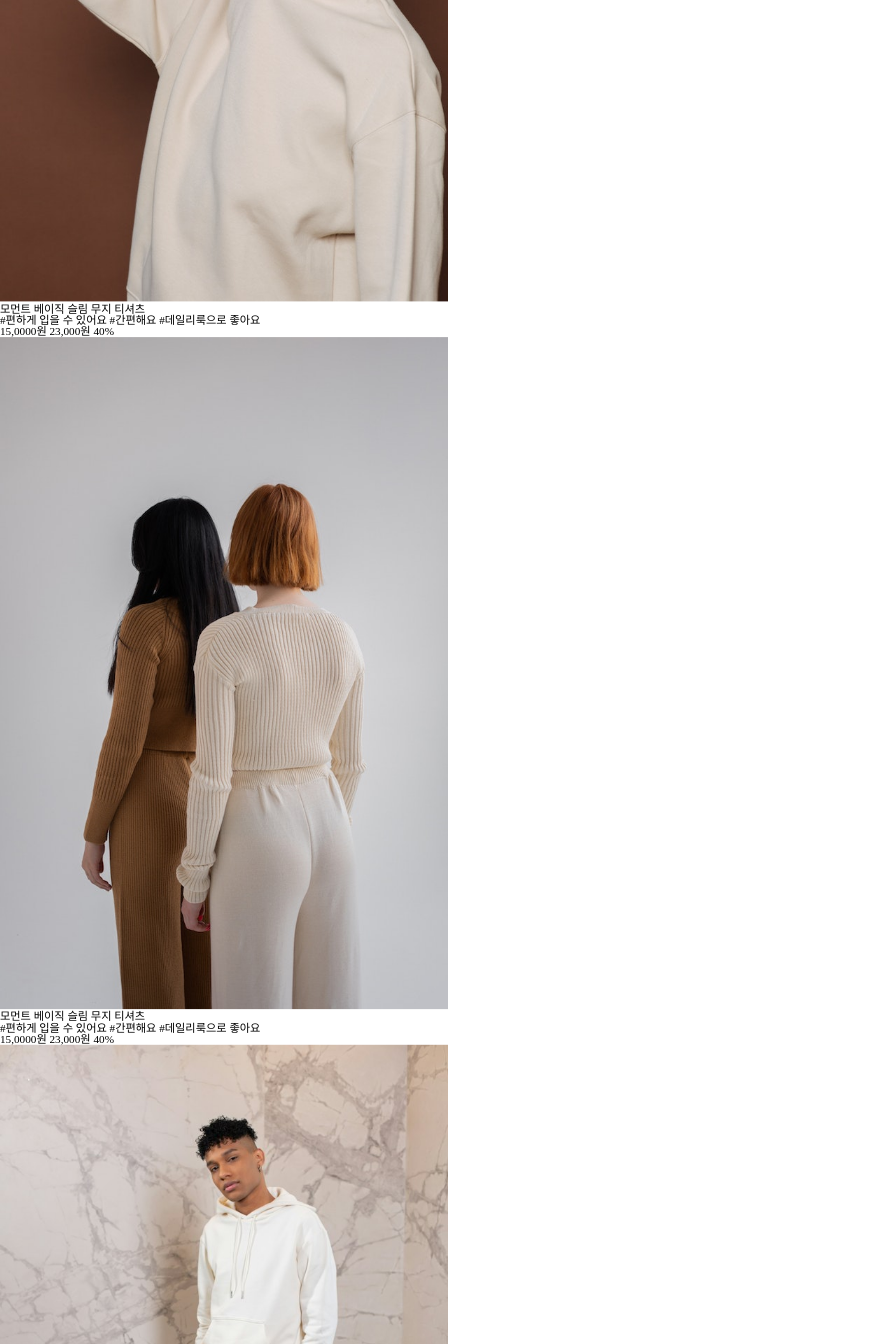
Repository: Iimchaehoon/cafeProject
Page: src/index.html
An editor plug-in stored every save of this project. The page is shown before and after the next save, followed by the edit.
The browser window is 1280 px wide. The pictures show the part of the page from y = 1642 to 3562 px (the page is 5156 px tall), at 70% of full size.
Some web fonts or font styles are not loaded; a fallback is used. Some web libraries are served in a nearby version.

Above is the page before, as saved 2024-07-24 22:01:30.

### src/index.html
<!DOCTYPE html>
<html lang="en">
  <head>
    <meta charset="UTF-8" />
    <meta name="viewport" content="width=device-width, initial-scale=1.0" />
    <link rel="shortcut icon" href="/assets/cafefav.png" type="image/x-icon" />

    <link rel="stylesheet" href="/src/css/pages/main.css" />
    <title>cafe24_clone</title>
    <script
      src="https://kit.fontawesome.com/1e606f2a97.js"
      crossorigin="anonymous"
    ></script>
  </head>
  <body>
    <!--header-->
    <header class="header">
      <div class="header__top">
        <nav class="header__nav-box">
          <ul class="header__list-box">
            <li class="header__content">BRAND</li>
            <li class="header__content">EVENT</li>
            <li class="header__content">LOOKBOOK</li>
            <li class="header__content">COMMUNITY</li>
          </ul>
        </nav>
        <h1 class="header__title">HOON'S SHOP</h1>
        <ul class="header__menu">
          <li class="header__content">
            <i class="fa-solid fa-magnifying-glass fa-lg"></i>
          </li>
          <li class="header__content header__content--badge-price">
            <div class="header__price-badge"><span>+2,000P</span></div>
            <i class="fa-regular fa-user fa-lg"></i>
          </li>
          <li class="header__content header__content--badge-box">
            <div class="header__cart-badge"><span>2</span></div>
            <i class="fa-solid fa-cart-shopping fa-lg"></i>
          </li>
          <li class="header__content">
            <i class="fa-solid fa-bars fa-lg"></i>
          </li>
        </ul>
      </div>

      <div class="header__bottom">
        <ul class="header__category">
          <li class="header__content">BEST</li>
          <li class="header__content">NEW5%</li>
          <li class="header__content">1+1</li>
          <li class="header__content">OUTER</li>
          <li class="header__content">TOP</li>
          <li class="header__content">SHIRTS</li>
          <li class="header__content">DRESS</li>
          <li class="header__content">PANTS</li>
          <li class="header__content">ACC</li>
        </ul>
      </div>
    </header>
    <!-- main  -->
    <main class="main">
      <section class="main__slider">
        <h2 class="main__slider-title">MAN'S CLOTHES</h2>
        <span class="main__slider-btn"
          ><i class="fa-solid fa-chevron-left fa-xl"></i
        ></span>

        <div class="main__slider-container">
          <span class="main__slider-text">STYLE IN EVERY DAY</span>
          <div class="main__slider-image-container">
            <img
              class="main__slider-image"
              src="/assets/main-slider.jpg"
              alt="main-slider_img"
            />
          </div>
          <span class="main__slider-text">FOR SPRING SET-UP</span>
        </div>

        <span class="main__slider-btn"
          ><i class="fa-solid fa-chevron-right fa-xl"></i
        ></span>
        <div class="main__progress-bar">
          <div
            class="main__progress-bar-item main__progress-bar-item--visible"
          ></div>
          <div
            class="main__progress-bar-item main__progress-bar-item--invisible"
          ></div>
          <div
            class="main__progress-bar-item main__progress-bar-item--invisible"
          ></div>
        </div>
      </section>
    </main>
    <!-- section -->
    <section class="main__introduction">
      <div class="main__intro-container-img">
        <img class="main__intro-image" src="/assets/intro-01.jpg" alt="" />
        <div class="main__intro-text-container">
          <h2 class="main__intro-title">OPEN EVENT</h2>
          <span class="main__intro-description">여름옷 30% 할인이벤트</span>
        </div>
      </div>
      <div class="main__intro-container">
        <h2 class="main__intro-title main__intro-title-black">HOON'S SHOP</h2>
        <span class="main__intro-description main__intro-description-black"
          >남자들을 위한 최상의 브랜드샵</span
        >
      </div>
      <div class="main__intro-container-img">
        <img class="main__intro-image" src="/assets/intro-02.jpg" alt="" />

        <div class="main__intro-text-container">
          <h2 class="main__intro-title">가게 위치</h2>
          <span class="main__intro-description"
            >서울시 강서구 양천로 1000길 XX로</span
          >
        </div>
      </div>
      <div class="main__intro-container-img">
        <img class="main__intro-image" src="/assets/intro-03.jpg" alt="" />

        <div class="main__intro-text-container">
          <h2 class="main__intro-title">해시태그</h2>
          <span class="main__intro-description"
            >#남성쇼핑몰 #여름옷 #패션룩</span
          >
        </div>
      </div>
    </section>
    <!-- section2 -->
    <section class="main__month-best">
      <h3 class="main__best-title">Best of the month</h3>
      <span class="main__best-sub-title">이달의 베스트 상품이에요</span>
      <div class="main__best-sub-container">
        <article class="main__best-article">
          <div class="main__article-img-container">
            <img class="main__article-img" src="/assets/best-01.jpg" />
          </div>
          <div class="main__article-container">
            <div
              class="main__article-color-item main__article-color-item--01"
            ></div>
            <div
              class="main__article-color-item main__article-color-item--02"
            ></div>
            <div
              class="main__article-color-item main__article-color-item--03"
            ></div>
            <div
              class="main__article-color-item main__article-color-item--04"
            ></div>
            <div
              class="main__article-color-item main__article-color-item--05"
            ></div>
          </div>
          <div class="main__article-container">
            <h4 class="main__article-product-name">
              모먼트 베이직 슬림 무지 티셔츠
            </h4>
          </div>
          <div class="main__article-container">
            <span class="main__article-product-description">
              #편하게 입을 수 있어요 #간편해요 #데일리룩으로 좋아요
            </span>
          </div>
          <div class="main__article-container">
            <span class="main__article-total-price">15,0000원</span>
            <small class="main__article-previous-price">23,000원</small>
            <span class="main__article-discount-rate">40%</span>
          </div>
        </article>
        <article class="main__best-article">
          <div class="main__article-img-container">
            <img class="main__article-img" src="/assets/best-02.jpg" />
          </div>
          <div class="main__article-container">
            <div
              class="main__article-color-item main__article-color-item--01"
            ></div>
            <div
              class="main__article-color-item main__article-color-item--02"
            ></div>
            <div
              class="main__article-color-item main__article-color-item--03"
            ></div>
            <div
              class="main__article-color-item main__article-color-item--04"
            ></div>
            <div
              class="main__article-color-item main__article-color-item--05"
            ></div>
          </div>
          <div class="main__article-container">
            <h4 class="main__article-product-name">
              모먼트 베이직 슬림 무지 티셔츠
            </h4>
          </div>
          <div class="main__article-container">
            <span class="main__article-product-description">
              #편하게 입을 수 있어요 #간편해요 #데일리룩으로 좋아요
            </span>
          </div>
          <div class="main__article-container">
            <span class="main__article-total-price">15,0000원</span>
            <small class="main__article-previous-price">23,000원</small>
            <span class="main__article-discount-rate">40%</span>
          </div>
        </article>
        <article class="main__best-article">
          <div class="main__article-img-container">
            <img class="main__article-img" src="/assets/best-04.jpg" />
          </div>
          <div class="main__article-container">
            <div
              class="main__article-color-item main__article-color-item--01"
            ></div>
            <div
              class="main__article-color-item main__article-color-item--02"
            ></div>
            <div
              class="main__article-color-item main__article-color-item--03"
            ></div>
            <div
              class="main__article-color-item main__article-color-item--04"
            ></div>
            <div
              class="main__article-color-item main__article-color-item--05"
            ></div>
          </div>
          <div class="main__article-container">
            <h4 class="main__article-product-name">
              모먼트 베이직 슬림 무지 티셔츠
            </h4>
          </div>
          <div class="main__article-container">
            <span class="main__article-product-description">
              #편하게 입을 수 있어요 #간편해요 #데일리룩으로 좋아요
            </span>
          </div>
          <div class="main__article-container">
            <span class="main__article-total-price">15,0000원</span>
            <small class="main__article-previous-price">23,000원</small>
            <span class="main__article-discount-rate">40%</span>
          </div>
        </article>
        <article class="main__best-article">
          <div class="main__article-img-container">
            <img class="main__article-img" src="/assets/best-05.jpg" />
          </div>
          <div class="main__article-container">
            <div
              class="main__article-color-item main__article-color-item--01"
            ></div>
            <div
              class="main__article-color-item main__article-color-item--02"
            ></div>
            <div
              class="main__article-color-item main__article-color-item--03"
            ></div>
            <div
              class="main__article-color-item main__article-color-item--04"
            ></div>
            <div
              class="main__article-color-item main__article-color-item--05"
            ></div>
          </div>
          <div class="main__article-container">
            <h4 class="main__article-product-name">
              모먼트 베이직 슬림 무지 티셔츠
            </h4>
          </div>
          <div class="main__article-container">
            <span class="main__article-product-description">
              #편하게 입을 수 있어요 #간편해요 #데일리룩으로 좋아요
            </span>
          </div>
          <div class="main__article-container">
            <span class="main__article-total-price">15,0000원</span>
            <small class="main__article-previous-price">23,000원</small>
            <span class="main__article-discount-rate">40%</span>
          </div>
        </article>
      </div>
    </section>
  </body>
</html>

### src/css/pages/main.css
@import "../reset.css";
@import "../common.css";
@import "../components/header.css";
@import "../slider.css";
@import "../intro.css";

### src/css/common.css
@import url("https://fonts.googleapis.com/css2?family=Nanum+Gothic&family=Nanum+Myeongjo&display=swap");
body {
  font-family: "Nanum Myeongjo", serif;
  margin: 0;
  padding: 0;
  box-sizing: border-box;
}
ul {
  margin: 0;
}

### src/css/components/header.css
.header {
  height: 20vh;
}
.header__top {
  display: flex;
  justify-content: space-between;
  padding: 20px;
  border-bottom: 1px solid rgba(0, 0, 0, 0.2);
}
.header__nav-box {
  width: 33%;
}
.header__title {
  width: 33%;
  font-size: 35px;
  font-weight: 550;
  text-align: center;
}

.header__list-box {
  display: flex;

  height: 100%;
  align-items: center;
}
.header__menu {
  display: flex;
  align-items: center;
  justify-content: flex-end;

  width: 33%;
}
.header__content {
  margin: 0 20px;
}
/* 아래헤더 */
.header__category {
  display: flex;
  justify-content: center;
  padding: 20px 0;
}
.header__cart-badge {
  background-color: black;
  display: flex;
  justify-content: center;
  align-items: center;
  border-radius: 100%;
  width: 13px;
  height: 13px;
  padding: 2px;
  position: absolute;
  top: -13px;
  right: -13px;
}
.header__content--badge-box {
  position: relative;
}
.header__cart-badge span {
  color: white;
}
.header__content--badge-price {
  position: relative;
}
.header__price-badge {
  background-color: #d5d3cd;
  color: white;
  display: flex;
  justify-content: center;
  align-items: center;
  font-size: 13px;
  border-radius: 5px;
  padding: 2px 4px;
  position: absolute;
  left: 50%;
  transform: translateX(-50%);
  bottom: -20px;
}

### src/css/slider.css
.main__slider {
  display: flex;
  justify-content: space-between;
  align-items: center;
  padding: 30px;
  background-color: #6b6a68;
  position: relative;
  height: 80vh;
  box-sizing: border-box;
}

.main__slider-btn {
  transform: scale(1.5);
  color: white;
}

.main__slider-text {
  color: white;
  font-size: 25px;
  text-shadow: 1px 1px 5px black;
}

.main__slider-container {
  display: flex;
  flex-direction: column;
  align-items: center;
}
.main__slider-image-container {
  width: 300px;
  height: 400px;

  border-top-left-radius: 50%;
  border-top-right-radius: 50%;

  overflow: hidden;
  margin: 15px 0;
}
.main__slider-image {
  width: 100%;
  height: 100%;
  object-fit: cover;
}
.main__slider-title {
  color: white;
  font-weight: 600;
  font-size: 60px;
  text-shadow: 1px 1px 3px black;
  position: absolute;
  top: 50%;
  left: 50%;
  transform: translate(-50%, -50%);
}
.main__progress-bar {
  width: 150px;
  height: 3px;

  position: absolute;
  bottom: 20px;
  left: 50%;
  transform: translateX(-50%);
  display: flex;
}
.main__progress-bar-item {
  height: 100%;
  background-color: white;
  margin: 0 2px;
}
.main__progress-bar-item--visible {
  width: 50%;
}
.main__progress-bar-item--invisible {
  width: 25%;
  opacity: 0.5;
}

### src/css/intro.css
.main__introduction {
  display: flex;
  justify-content: center;
  align-items: center;
  height: 50vh;
}
.main__intro-container-img,
.main__intro-container {
  width: 350px;
  height: 350px;
  overflow: hidden;
  margin: 0 20px;
}
.main__intro-container {
  display: flex;
  flex-direction: column;
  justify-content: center;
  align-items: center;
  background-color: #ebe7df;
}
.main__intro-image {
  width: 100%;
  height: 100%;
  object-fit: cover;
}

.main__intro-container-img {
  position: relative;
}
.main__intro-text-container {
  position: absolute;
  bottom: 20px;
  left: 15px;
}
.main__intro-title {
  color: white;
  font-size: 35px;
  font-weight: 600;
  margin-bottom: 12px;
}
.main__intro-description {
  color: white;
}
.main__intro-title-black {
  color: black;
}
.main__intro-description-black {
  color: black;
}

Loaded but not shown: src/css/reset.css (common file)

After the next save:
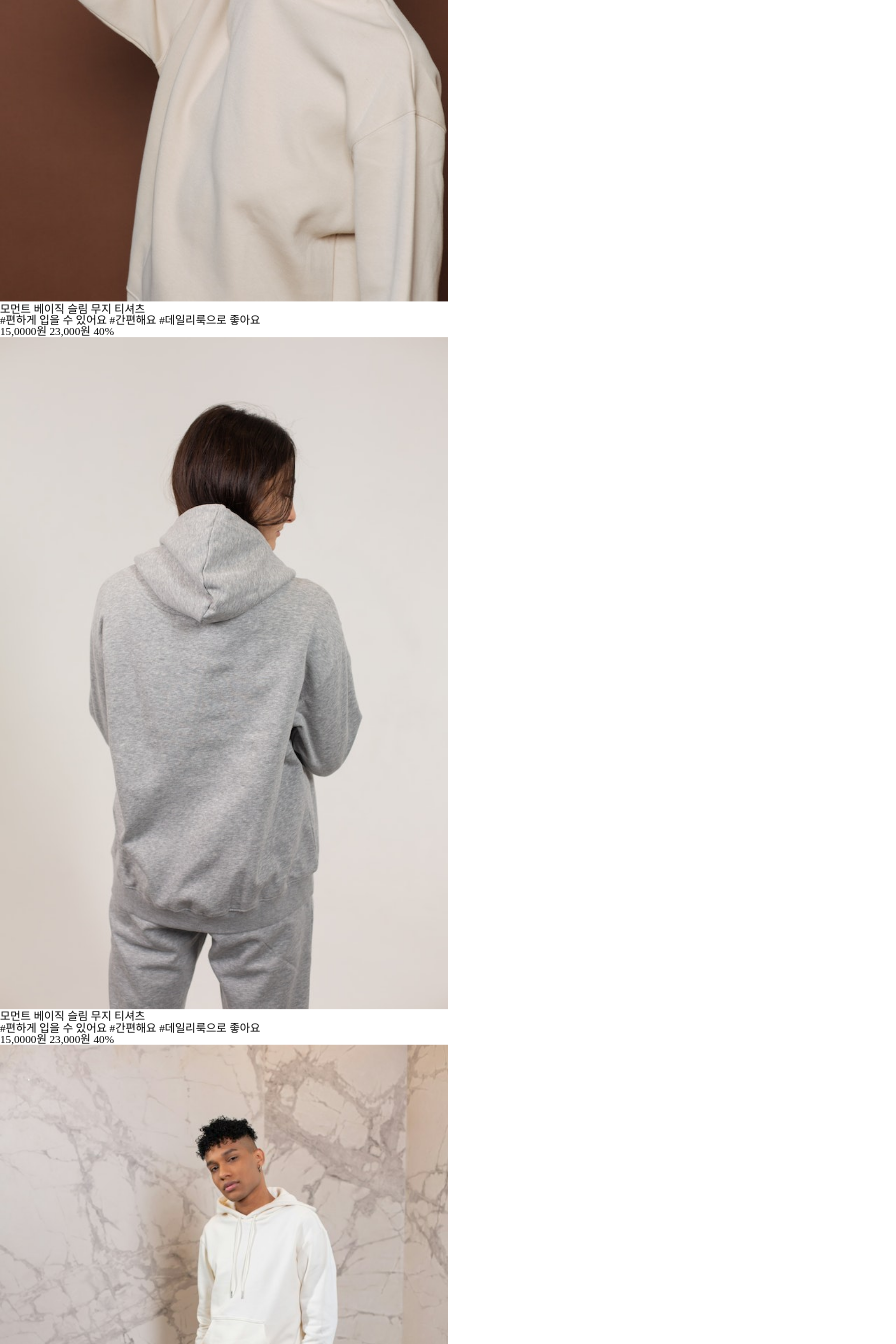
Saved 25 s later.
--- a/src/index.html
+++ b/src/index.html
@@ -173,7 +173,7 @@
         </article>
         <article class="main__best-article">
           <div class="main__article-img-container">
-            <img class="main__article-img" src="/assets/best-02.jpg" />
+            <img class="main__article-img" src="/assets/best-06.jpg" />
           </div>
           <div class="main__article-container">
             <div
